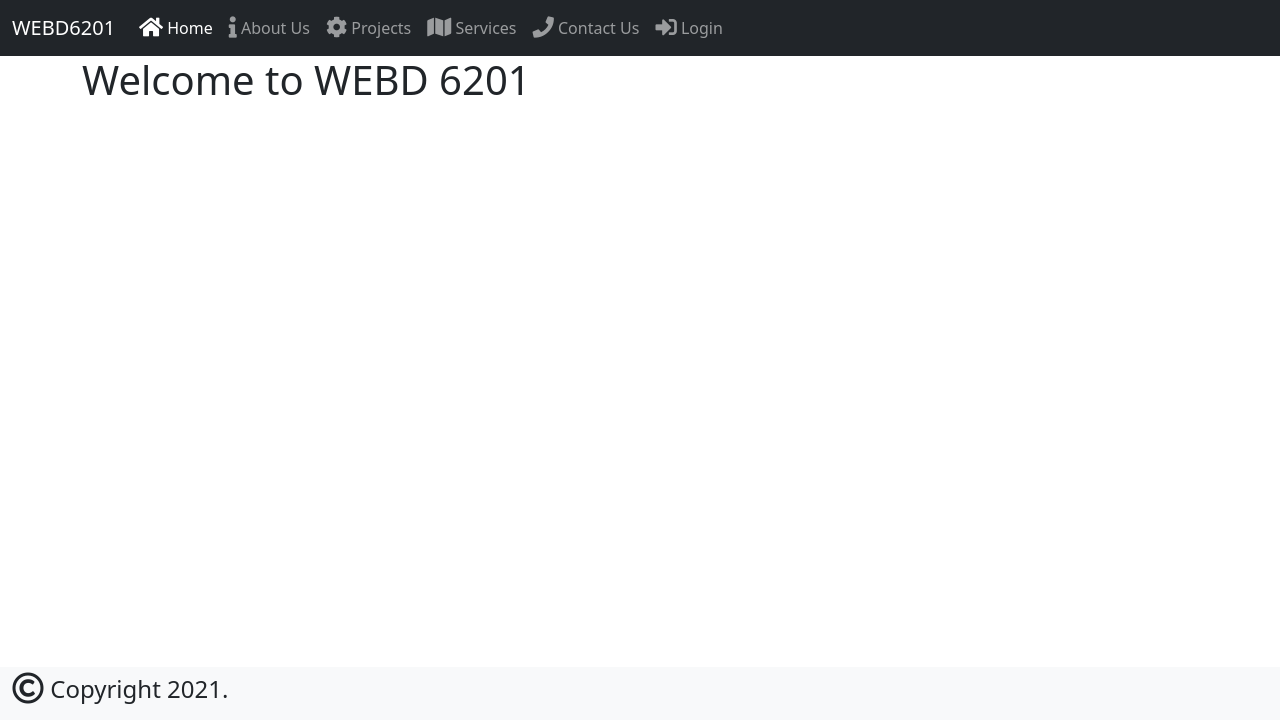
Repository: GarlicButterBoy/WEBD6201-ICE06
Page: index.html
The author's editor kept a copy of each file at every save. The page is drawn from the files as they stood at one save, then again after the next save.
The browser window is 1280 px wide. The pictures show the whole page.

Above is the page before, as saved 2021-03-04 08:47:24.
Console error: ReferenceError: core is not defined

After the next save:
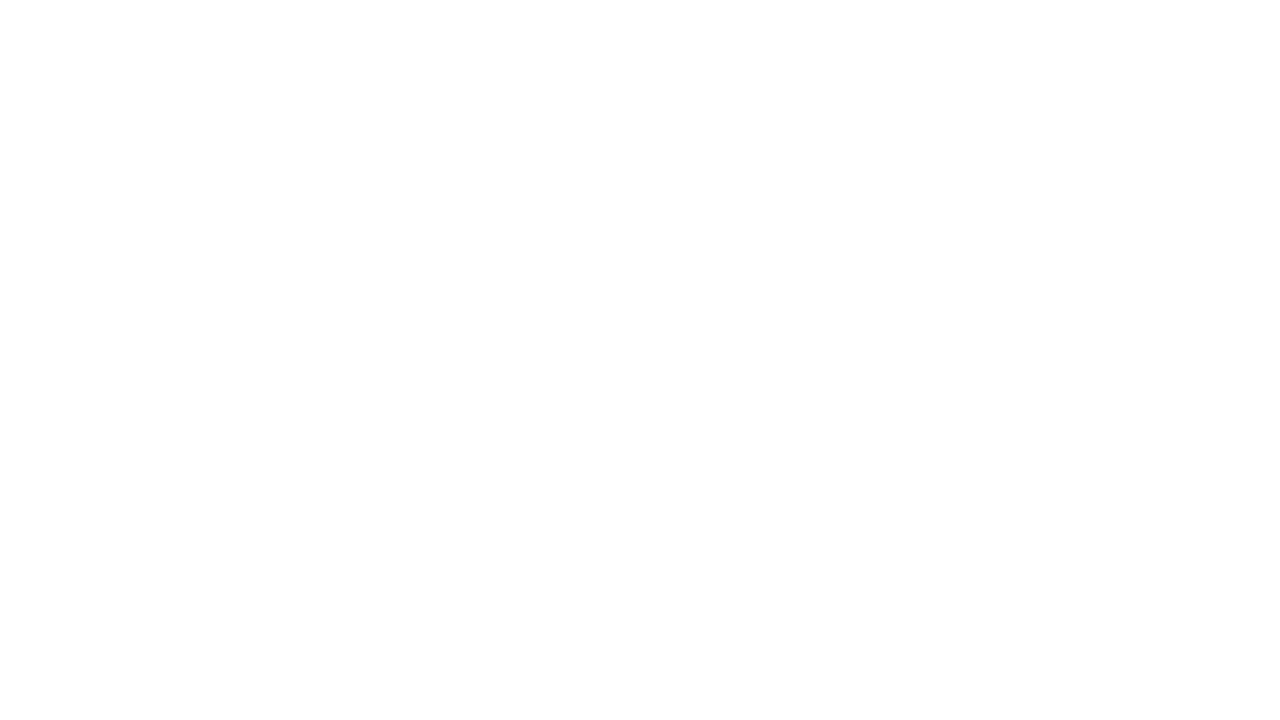
Saved 23 s later.
--- a/index.html
+++ b/index.html
@@ -25,7 +25,6 @@
     <script src="./node_modules/jquery/dist/jquery.min.js"></script>
     <script src="./node_modules/bootstrap/dist/js/bootstrap.bundle.min.js"></script>
 
-    <script src="./Scripts/namespace.js"></script>
 
     <script src="./Scripts/contact.js"></script>
     <script src="./Scripts/user.js"></script>

After the save that followed:
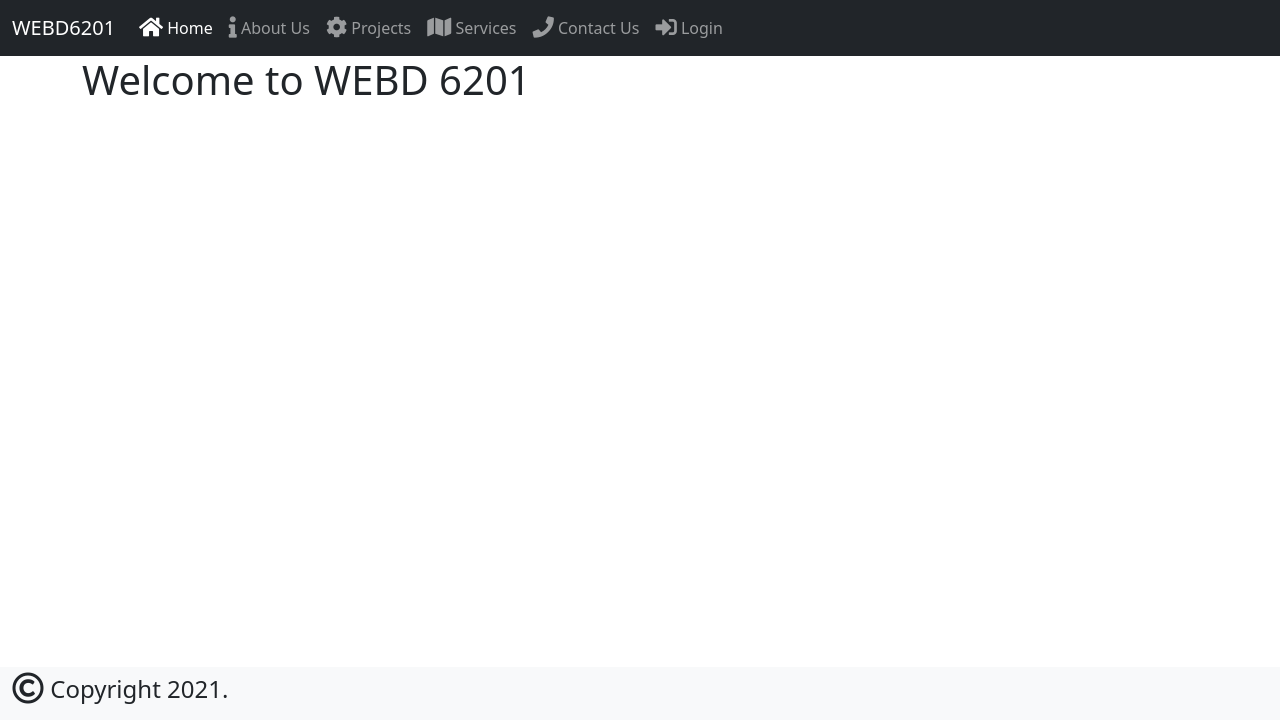
The error is gone.
Saved 4 s later.
--- a/index.html
+++ b/index.html
@@ -9,6 +9,7 @@
     <link rel="stylesheet" href="./node_modules/@fortawesome/fontawesome-free/css/all.min.css">
     <link rel="stylesheet" href="./Content/app.css">
     <!-- Scripts to have before page loads -->
+    <script src="./Scripts/namespace.js"></script>
     <script src="./Scripts/router.js"></script>
 </head>
 <body>
